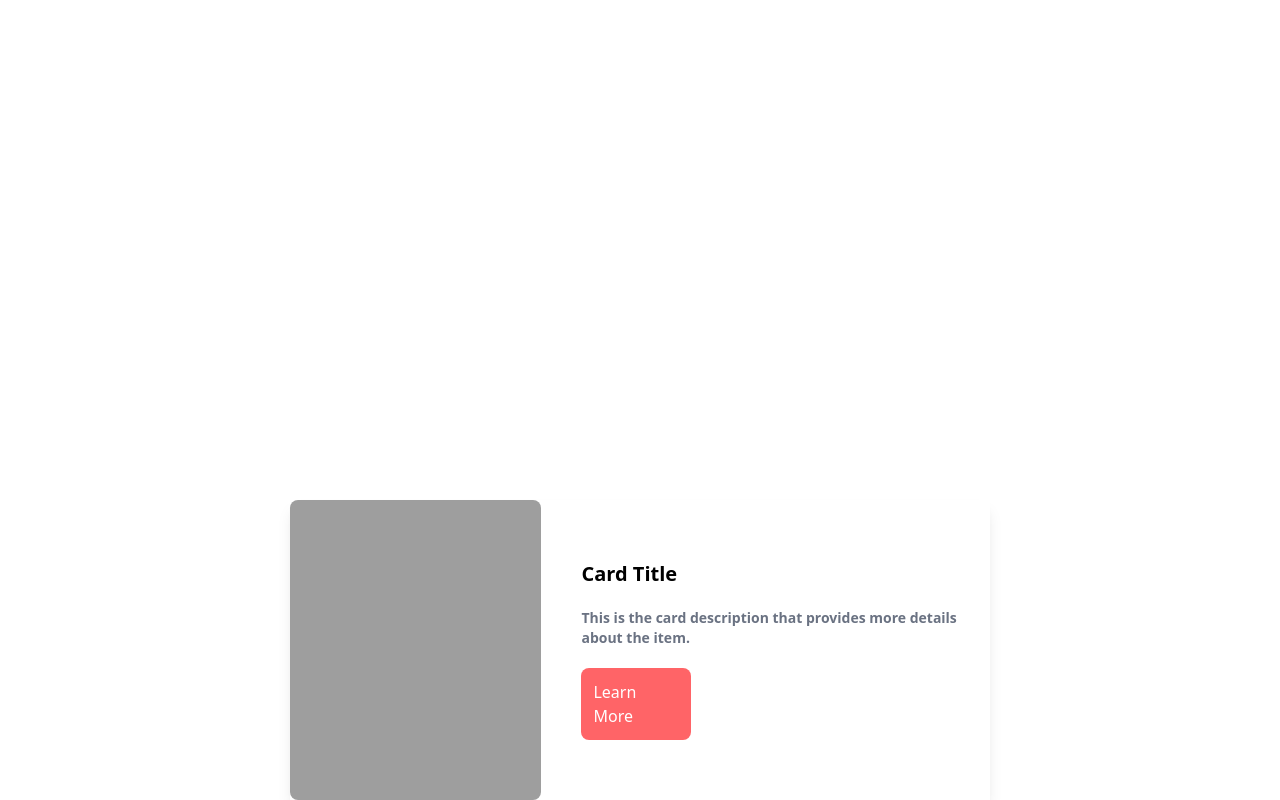
Repository: Abdulahi338/TailwindCss-exercise
Page: Exercise1/inedx.html
The author's editor kept a copy of each file at every save. The page is drawn from the files as they stood at one save, then again after the next save.
The browser window is 1280 px wide. The pictures show the whole page.
Pictures or frames that could not be fetched are drawn as grey boxes.

Above is the page before, as saved 2025-07-27 10:36:55.

After the next save:
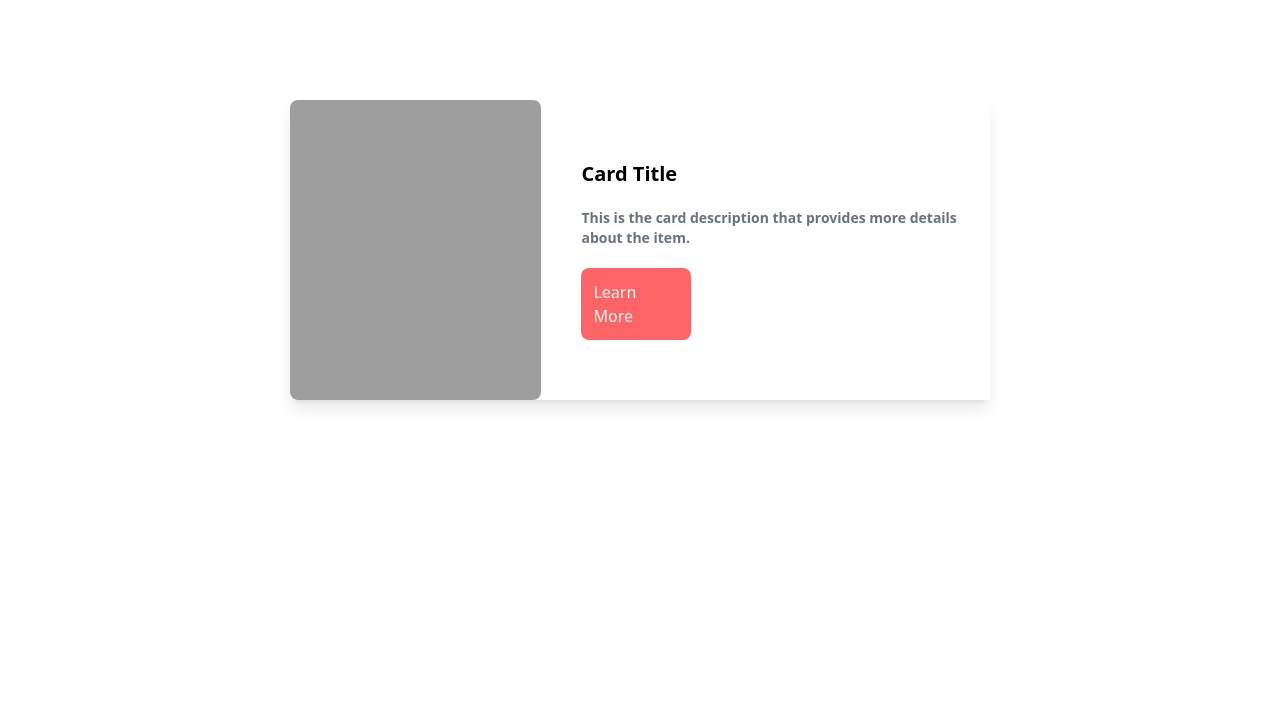
Saved 8 s later.
--- a/Exercise1/inedx.html
+++ b/Exercise1/inedx.html
@@ -7,7 +7,7 @@
     <title>Exercise 1</title>
   </head>
   <body>
-    <div class="mx-auto w-[700px] h-[300px] mt-[500px] gap-10  flex items-center bg-white shadow-lg">
+    <div class="mx-auto w-[700px] h-[300px] mt-[100px] gap-10  flex items-center bg-white shadow-lg">
         <!-- image -->
          <div >
             <img src="https://cdn.pixabay.com/photo/2014/11/22/00/51/camera-541213_1280.jpg" class="w-[300px] h-[300px] rounded-lg" alt="card">
